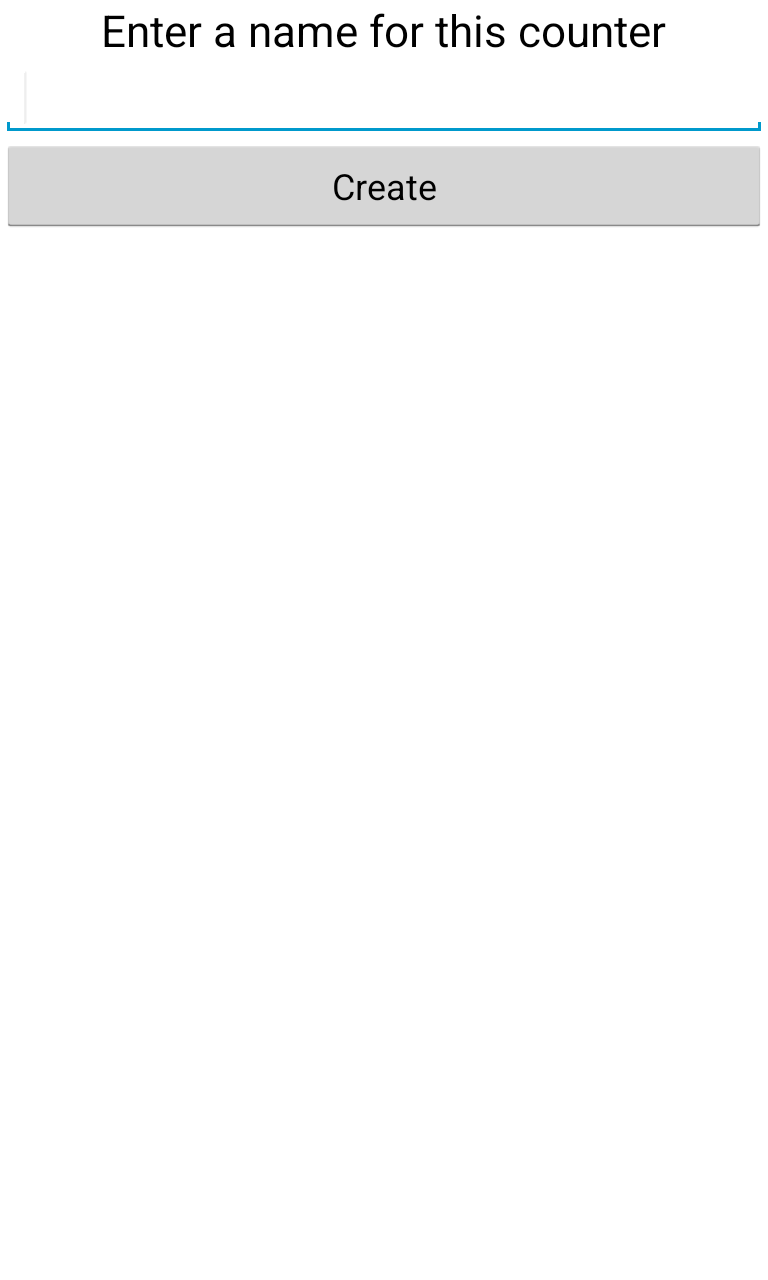
Repository: arweber1/CMPUT301_Assignment1
Layout: Assignment1/res/layout/create_counter.xml
The author's editor kept a copy of each file at every save. The layout is drawn from the files as they stood at one save, then again after a run of saves.
It is drawn on a 768 x 1280 px phone screen (xhdpi) without system bars, with theme AppTheme; the app's code is not run.

Above is the layout before, as saved 2014-01-18 22:34:57.

After the next 2 saves:
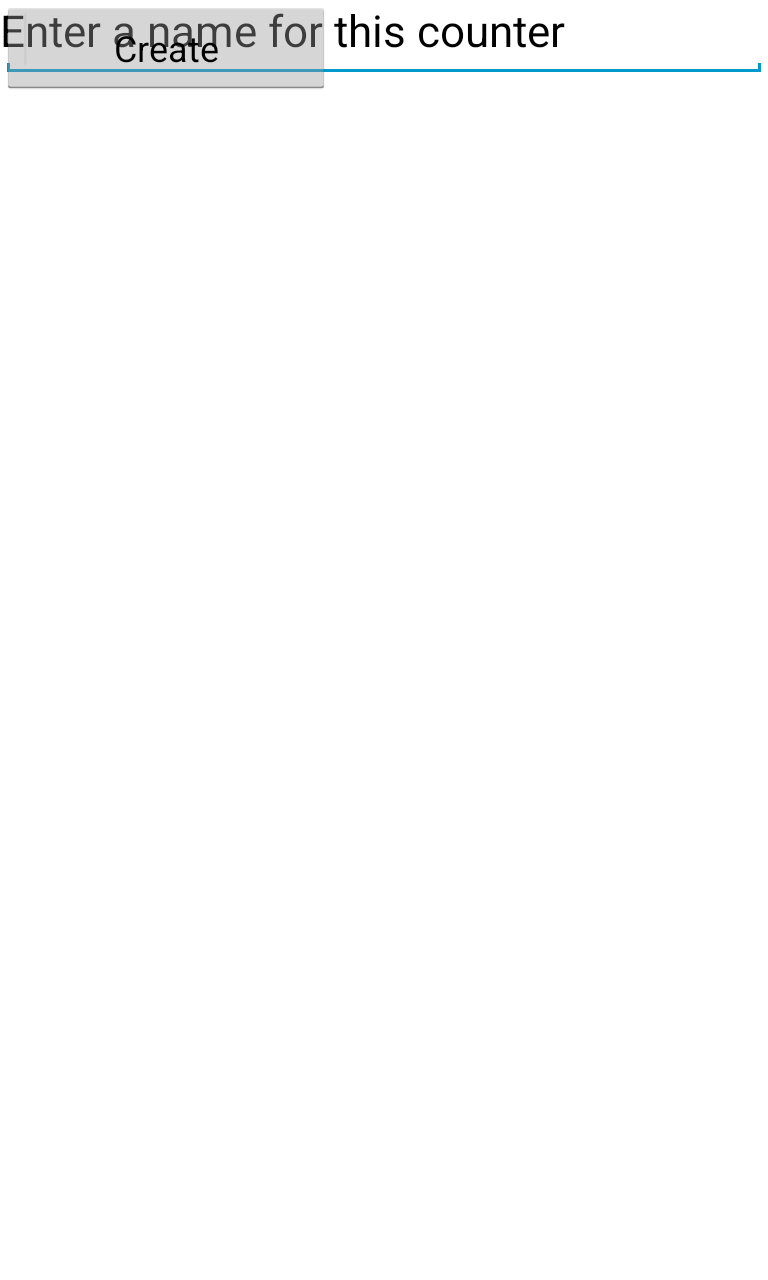
The 2 saves are shown as one change because 1 did not build or start.
The last was saved 20 min 12 s later.
--- a/Assignment1/res/layout/create_counter.xml
+++ b/Assignment1/res/layout/create_counter.xml
@@ -1,5 +1,5 @@
 <?xml version="1.0" encoding="utf-8"?>
-<LinearLayout xmlns:android="http://schemas.android.com/apk/res/android"
+<RelativeLayout xmlns:android="http://schemas.android.com/apk/res/android"
     android:layout_width="match_parent"
     android:layout_height="match_parent"
     android:orientation="vertical" >
@@ -24,8 +24,8 @@
 
     <Button
         android:id="@+id/button1"
-        android:layout_width="match_parent"
+        android:layout_width="166dp"
         android:layout_height="wrap_content"
         android:text="@string/create_new_counter" />
 
-</LinearLayout>
+</RelativeLayout>
